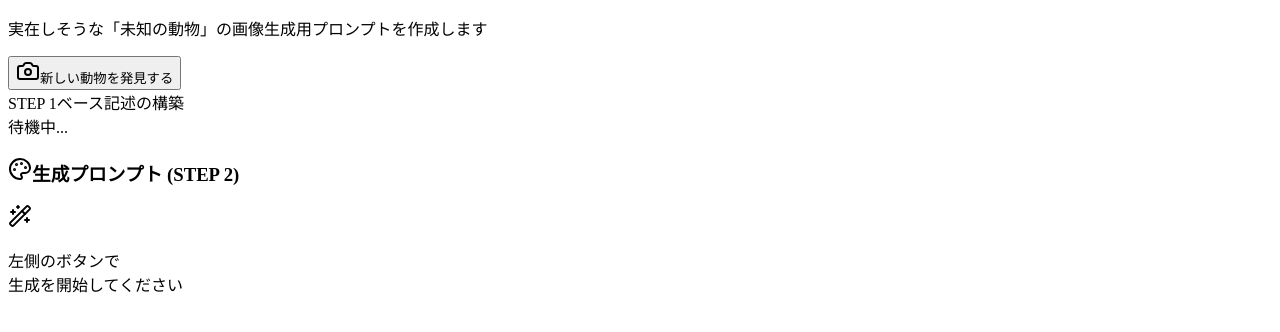
Repository: mqce/animalImageGenerator
Page: /
The author's editor kept a copy of each file at every save. The page is drawn from the files as they stood at one save, then again after the next save.
The browser window is 1280 px wide. The pictures show the whole page.
The project was rebuilt for these pictures with package versions that can differ from the ones it lists, and the page was loaded fresh each time. Also part of the build but not shown: vite.config.js, vite.config.ts.

Above is the page before, as saved 2025-12-04 16:06:24.

After the next save:
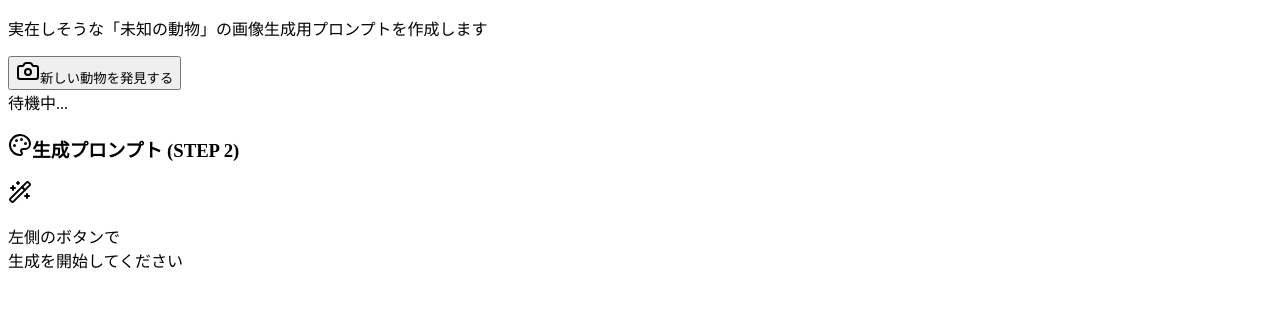
Saved 2 min 4 s later.
--- a/src/App.tsx
+++ b/src/App.tsx
@@ -283,10 +283,6 @@ ${baseText}
               {/* Step 1 Card */}
               <div className={`transition-all duration-500 ${step1Text ? 'opacity-100 translate-y-0' : 'opacity-50 translate-y-4'}`}>
                 <div className="bg-white rounded-xl shadow-sm border border-gray-200 overflow-hidden">
-                  <div className="bg-slate-100 px-4 py-2 border-b border-gray-200 flex items-center gap-2">
-                    <span className="bg-slate-800 text-white text-xs font-bold px-2 py-0.5 rounded">STEP 1</span>
-                    <span className="text-sm font-medium text-slate-700">ベース記述の構築</span>
-                  </div>
                   <div className="p-4 bg-slate-50 min-h-[100px] text-sm leading-relaxed whitespace-pre-line text-slate-700">
                     {step1Text || "待機中..."}
                   </div>
